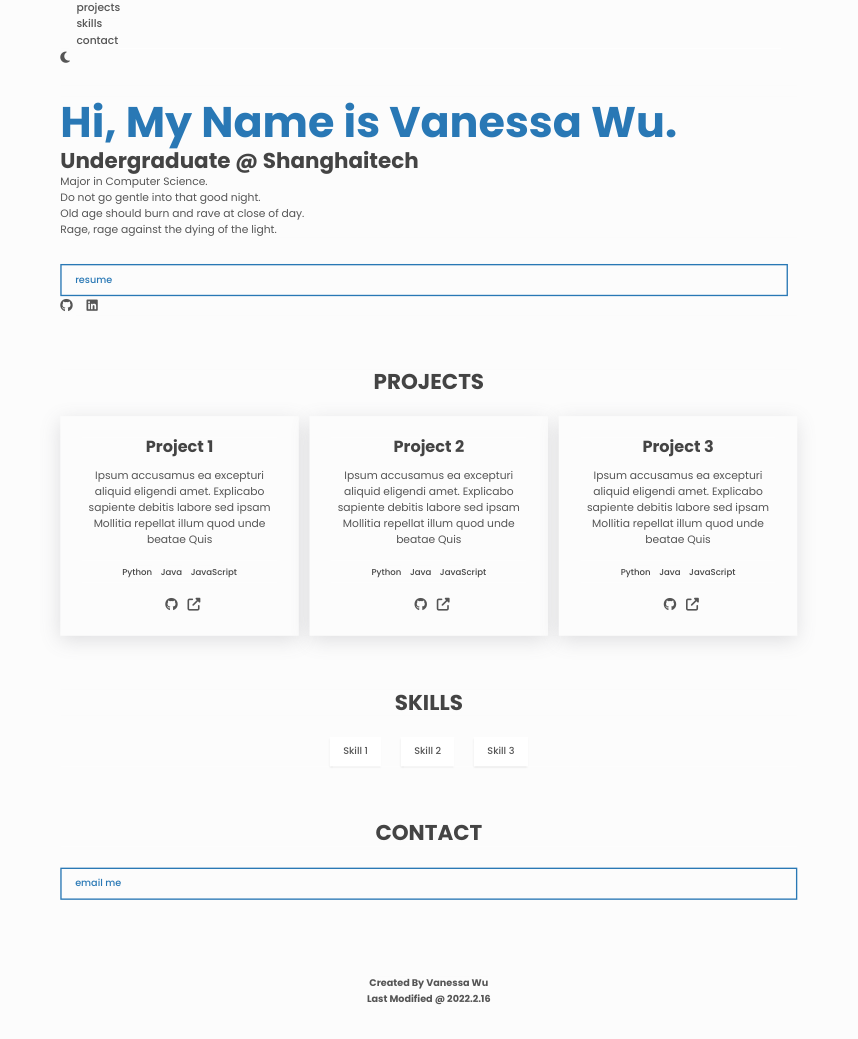
Repository: indiansummer1022/Cubstart
Page: Web Track/hw1/index.html
The author's editor kept a copy of each file at every save. The page is drawn from the files as they stood at one save, then again after the next save.
The browser window is 1280 px wide. The pictures show the whole page, at 67% of full size.
Some web libraries are served in a nearby version.

Above is the page before, as saved 2022-02-16 00:34:32.

### Web Track/hw1/index.html
<!DOCTYPE html>
<html lang="en">

<head>
  <meta charset="UTF-8" />
  <meta name="viewport" content="width=device-width, initial-scale=1" />
  <meta name="description" content="Portfolio" />
  <link rel="preconnect" href="https://fonts.googleapis.com" />
  <link rel="preconnect" href="https://fonts.gstatic.com" crossorigin />
  <link href="https://fonts.googleapis.com/css2?family=Poppins:wght@400;500;700&display=swap" rel="stylesheet" />
  <script src="https://kit.fontawesome.com/fa62c117c7.js" crossorigin="anonymous"></script>
  <!-- BEGIN PART 1 -->
  <link rel="stylesheet" href ="styles.css">
  <title>Vanessa Wu</title>
  <!-- END PART 1 -->
</head>

<body class="light" id="top">
  <header class="header center">
    <!-- BEGIN PART 2 -->
    <h3>
        <a href="/"></a>
    </h3>
    <!-- END PART 2 -->
    <nav class="nav center">
      <ul class="nav__list center">
        <li class="nav__list-item">
          <a class="link link--nav" href="#projects">Projects</a>
        </li>
        <li class="nav__list-item">
          <a class="link link--nav" href="#skills">Skills</a>
        </li>
        <li class="nav__list-item">
          <a class="link link--nav" href="#contact">Contact</a>
        </li>
      </ul>

      <!-- BEGIN PART 5 -->

      <button type="button" aria-label="toggle theme" class="btn btn--icon">
        <i id="btn-theme" class="fas fa-moon"></i>
      </button>

      <!--
        5.1: What does this button tag correspond to on the site?

        Corresponds to the moon icon on top left of the page which to change the light/ dark theme of the website.

      -->

      <button type="button" aria-label="toggle navigation" class="btn btn--icon nav__hamburger">
        <i class="fas fa-bars"></i>
      </button>

      <!--
        5.2: Try Ctrl-F in styles.css and look the class 'nav__hamburger'. You'll notice that it
        appears in 2 places. Why is one of the rules 'display: none' on one instance? How do you
        make it so that this button appears on screen?
        Hint: remember what @media (max-width: 600px) means.

        1. @media (max-width: 600px) is for mobile so hamburger is set to appear on the screen if it is the mobile version.
        The element is hidden if it is the desktop version. [referring: @hannahmcg]
        2. Change 'display: none' to flex so this button will appear.

      -->

      <!-- END PART 5 -->
    </nav>
  </header>

  <main>
    <div class="about center">
      <!-- BEGIN PART 6 -->
      <h1 class="about__name">
        Hi, My Name is Vanessa Wu.
      </h1>
      <h2 class="about_role">
        Undergraduate @ Shanghaitech
      </h2>
      <p class="about-desc">
        Major in Computer Science. <br>
        Do not go gentle into that good night. <br>
        Old age should burn and rave at close of day. <br>
        Rage, rage against the dying of the light. <br>
      </p>
      <!-- END PART 6 -->
      <div class="about__contact center">
        <a href="https://example.com">
          <span class="btn btn--outline">Resume</span>
        </a>

        <a href="https://github.com/" aria-label="github" class="link link--icon">
          <i aria-hidden="true" class="fab fa-github"></i>
        </a>

        <a href="https://linkedin.com/in/" aria-label="linkedin" class="link link--icon">
          <i aria-hidden="true" class="fab fa-linkedin"></i>
        </a>
      </div>
    </div>
    <section id="projects" class="section projects">
      <h2 class="section__title">Projects</h2>
      <div class="projects__grid">
        <!-- BEGIN PART 8 -->
        <div class="project">
          <h3>Project 1</h3>
          <p class="project__description">
            Ipsum accusamus ea excepturi aliquid eligendi amet. Explicabo
            sapiente debitis labore sed ipsam Mollitia repellat illum quod
            unde beatae Quis
          </p>
          <ul class="project__stack">
            <li class="project__stack-item">Python</li>
            <li class="project__stack-item">Java</li>
            <li class="project__stack-item">JavaScript</li>
          </ul>

          <a href="https://github.com" aria-label="source code" class="link link--icon">
            <i aria-hidden="true" class="fab fa-github"></i>
          </a>
          <a href="https://example.com" aria-label="live preview" class="link link--icon">
            <i aria-hidden="true" class="fas fa-external-link-alt"></i>
          </a>
        </div>
        <!-- multiple projects -->
        <div class="project">
          <h3>Project 2</h3>
          <p class="project__description">
            Ipsum accusamus ea excepturi aliquid eligendi amet. Explicabo
            sapiente debitis labore sed ipsam Mollitia repellat illum quod
            unde beatae Quis
          </p>
          <ul class="project__stack">
            <li class="project__stack-item">Python</li>
            <li class="project__stack-item">Java</li>
            <li class="project__stack-item">JavaScript</li>
          </ul>

          <a href="https://github.com" aria-label="source code" class="link link--icon">
            <i aria-hidden="true" class="fab fa-github"></i>
          </a>
          <a href="https://example.com" aria-label="live preview" class="link link--icon">
            <i aria-hidden="true" class="fas fa-external-link-alt"></i>
          </a>
        </div>
        <!-- multiple projects -->
        <div class="project">
          <h3>Project 3</h3>
          <p class="project__description">
            Ipsum accusamus ea excepturi aliquid eligendi amet. Explicabo
            sapiente debitis labore sed ipsam Mollitia repellat illum quod
            unde beatae Quis
          </p>
          <ul class="project__stack">
            <li class="project__stack-item">Python</li>
            <li class="project__stack-item">Java</li>
            <li class="project__stack-item">JavaScript</li>
          </ul>

          <a href="https://github.com" aria-label="source code" class="link link--icon">
            <i aria-hidden="true" class="fab fa-github"></i>
          </a>
          <a href="https://example.com" aria-label="live preview" class="link link--icon">
            <i aria-hidden="true" class="fas fa-external-link-alt"></i>
          </a>
        </div>
        <!-- END PART 8 -->
      </div>
    </section>


    <section class="section skills" id="skills">
      <!-- BEGIN PART 10 -->
      <h2 class="section__title">Skills</h2>
      <ul class="skills__list">
        <li class="skills__list-item btn btn--plain">Skill 1</li>
        <li class="skills__list-item btn btn--plain">Skill 2</li>
        <li class="skills__list-item btn btn--plain">Skill 3</li>
      </ul>
      <!-- END PART 10 -->
    </section>
    <section class="section contact center" id="contact">
      <h2 class="section__title">Contact</h2>
      <a href="mailto:youremail@gmail.com">
        <span class="btn btn--outline">Email me</span>
      </a>
    </section>
  </main>

  <footer class="footer">
    <!-- BEGIN PART 12 -->
    <a href="/" class="link footer__link">
      Created By Vanessa Wu<br>
      Last Modified @ 2022.2.16
    </a>
    <!-- END PART 12 -->
  </footer>


  <div class="scroll-container">
    <div class="scroll-top">
      <a aria-label="Scroll up" href="#top">
        <i aria-hidden="true" class="fas fa-arrow-up"></i>
      </a>
    </div>
  </div>
  <script src="./script.js"></script>
</body>

</html>

### Web Track/hw1/styles.css
/*===============
  global styles
===============*/

* {
  padding: 0;
  margin: 0;
  border: 0;
  outline: 0;
  background-color: inherit;
  color: inherit;
  font-family: inherit;
  font-size: inherit;
  box-shadow: none;
  box-sizing: border-box;
}

html {
  scroll-behavior: smooth;
}

body {
  font-family: "Poppins", sans-serif;
  line-height: 1.5;
  color: var(--clr-fg);
  background-color: var(--clr-bg);
}

.light {
  --clr-bg: #fcfcfc;
  --clr-bg-alt: #fff;
  --clr-fg: #555;
  --clr-fg-alt: #444;
  --clr-primary: #2978b5;
  --shadow: rgba(100, 100, 111, 0.2) 0px 7px 29px 0px;
}

.dark {
  --clr-bg: #23283e;
  --clr-bg-alt: #2a2f4c;
  --clr-fg: #bdbddd;
  --clr-fg-alt: #cdcdff;
  --clr-primary: #90a0d9;
  --shadow: rgba(0, 0, 0, 0.16) 0px 10px 36px 0px,
    rgba(0, 0, 0, 0.06) 0px 0px 0px 1px;
}

::-moz-selection {
  background: var(--clr-primary);
  color: var(--clr-bg);
}

::-webkit-selection,
::selection {
  background: var(--clr-primary);
  color: var(--clr-bg);
}

h1,
h2,
h3,
h4 {
  line-height: 1.2;
  color: var(--clr-fg-alt);
}

h1 {
  font-size: 4rem;
}

h2 {
  font-size: 2rem;
}

h3 {
  font-size: 1.5rem;
}

h4 {
  font-size: 1.3rem;
}

ul {
  list-style-type: none;
}

a {
  text-decoration: none;
}

button {
  cursor: pointer;
}

@media (max-width: 900px) {
  h1 {
    font-size: 2.6rem;
  }
}

/*===================
  buttons and links
===================*/

.link {
  color: var(--clr-primary);
  padding: 0 0 0.3em 0;
  position: relative;
}

.link:hover {
  color: var(--clr-primary);
}

/* BEGIN PART 4 */

.link::before {
  content: "";
  display: inline;
  width: 0%;
  height: 0.2em;
  position: absolute;
  bottom: 0;
  background-color: var(--clr-primary);
  /* transition: */
}

.link:hover::before,
.link:focus::before {
  width: 100%;
  transition: property width, duration 5s, timing-function ease-in;
}

/* END PART 4 */

.link--nav {
  color: var(--clr-fg);
  text-transform: lowercase;
  font-weight: 500;
}

.link--icon {
  color: var(--clr-fg);
  font-size: 1.2rem;
}

.btn {
  display: block;
  padding: 0.8em 1.4em;
  font-weight: 500;
  font-size: 0.9rem;
  text-transform: lowercase;
  transition: transform 0.2s ease-in-out;
}

.btn--outline {
  color: var(--clr-primary);
  border: 2px solid var(--clr-primary);
  position: relative;
  overflow: hidden;
  z-index: 1;
}

.btn--outline:focus,
.btn--outline:hover {
  color: var(--clr-bg);
}

.btn--outline:before {
  content: "";
  position: absolute;
  background-color: var(--clr-primary);
  right: 100%;
  bottom: 0;
  left: 0;
  top: 0;
  z-index: -1;
  transition: right 0.2s ease-in-out;
}

.btn--outline:hover::before,
.btn--outline:focus::before {
  right: 0;
}

.btn--plain {
  text-transform: initial;
  background-color: var(--clr-bg-alt);
  box-shadow: rgba(0, 0, 0, 0.15) 0px 3px 3px 0px;
  border: 0;
}

.btn--plain:hover {
  transform: translateY(-4px);
}

.btn--icon {
  padding: 0;
  font-size: 1.2rem;
}

.btn--icon:hover,
.btn--icon:focus {
  color: var(--clr-primary);
}

.btn--icon:active {
  transform: translateY(-5px);
}

/*========
  layout
========*/

/* BEGIN PART 3 */

.center {
  justify-content: center;
  flex-direction: column;
}

.header {
  height: 8em;
  max-width: 1100px;
  width: 95%;
  margin: 0 auto;
  /* justify-content: */
  justify-content: space-around;
}

/* END PART 3 */

main {
  max-width: 1100px;
  width: 95%;
  margin: 0 auto;
}

.section {
  margin-top: 5em;
}

.section__title {
  text-align: center;
  margin-bottom: 1em;
  text-transform: uppercase;
}

.nav__list {
  margin-right: 1.5em;
  display: flex;
}

.nav__list-item {
  margin-left: 1.5em;
}

.nav__hamburger {
  display: none;
  width: 1em;
}

/* BEGIN PART 7 */

.about {
  flex-direction: column;
  margin-top: 1em;
}

/* END PART 7 */

.about__name {
  color: var(--clr-primary);
}

.about__role {
  margin-top: 1.2em;
}

.about__desc {
  font-size: 1rem;
  max-width: 600px;
}

.about__desc,
.about__contact {
  margin-top: 2.4em;
}

.about .link--icon {
  margin-right: 0.8em;
}

.about .btn--outline {
  margin-right: 1em;
}

/* BEGIN PART 9 */

.projects__grid {
  max-width: 1100px;
  margin: 0 auto;
  /* display: */
  display: grid;
  /* grid-template-columns: */
  grid-template-columns: repeat(auto-fit, calc(100% / 3 - 1em * 2 / 3));
  /* grid-gap: */
  grid-gap: 1em;
}

/* END PART 9 */

.project {
  padding: 2em;
  margin: 0 auto;
  text-align: center;
  box-shadow: var(--shadow);
  transition: transform 0.2s linear;
}

.project:hover {
  transform: translateY(-7px);
}

.project__description {
  margin-top: 1em;
}

.project__stack {
  display: flex;
  flex-wrap: wrap;
  justify-content: center;
  margin: 1.2em 0;
}

.project__stack-item {
  margin: 0.5em;
  font-weight: 500;
  font-size: 0.8rem;
  color: var(--clr-fg-alt);
}

.project .link--icon {
  margin-left: 0.5em;
}

/* BEGIN PART 11 */

.skills__list {
  max-width: 450px;
  width: 95%;
  margin: 0 auto;
  /* display: */
  display: flex;
  /* flex-wrap: */
  flex-wrap: wrap;
  /* justify-content: */
  justify-content: center;
}

.skills__list-item {
  margin-left: 1em;
  margin-right: 1em;
}

/* END PART 11 */

.contact {
  flex-direction: column;
}

.footer {
  padding: 3em 0;
  margin-top: 4em;
  text-align: center;
}

.footer__link {
  font-size: 0.9rem;
  font-weight: 700;
  color: var(--clr-fg);
}

.scroll-top {
  display: none;
  position: fixed;
  bottom: 1em;
  right: 2em;
  background-color: transparent;
  font-size: 1.8rem;
  transition: transform 0.2s ease-in-out;
}

@media (max-width: 600px) {
  .header {
    height: 6em;
  }

  .section {
    margin-top: 4em;
  }

  .nav__list {
    flex-direction: column;
    padding: 4em 0;
    position: absolute;
    right: 0;
    left: 0;
    top: 5em;
    background-color: var(--clr-bg);
    width: 0;
    overflow: hidden;
    transition: width 0.2s ease-in-out;
  }

  .display-nav-list {
    width: 100%;
  }

  .nav__list-item {
    margin: 0.5em 0;
  }

  .nav__hamburger {
    display: flex;
    margin-left: 0.8em;
  }

  .about {
    align-items: flex-start;
    margin-top: 2em;
  }

  .footer {
    padding: 2em;
    margin-top: 3em;
  }

  .scroll-container {
    display: none;
  }
}

### Web Track/hw1/script.js
const body = document.body

const btnTheme = document.querySelector('.fa-moon')
const btnHamburger = document.querySelector('.fa-bars')

const addThemeClass = (bodyClass, btnClass) => {
  body.classList.add(bodyClass)
  btnTheme.classList.add(btnClass)
}

const getBodyTheme = localStorage.getItem('portfolio-theme')
const getBtnTheme = localStorage.getItem('portfolio-btn-theme')

addThemeClass(getBodyTheme, getBtnTheme)

const isDark = () => body.classList.contains('dark')

const setTheme = (bodyClass, btnClass) => {

	body.classList.remove(localStorage.getItem('portfolio-theme'))
	btnTheme.classList.remove(localStorage.getItem('portfolio-btn-theme'))

  addThemeClass(bodyClass, btnClass)

	localStorage.setItem('portfolio-theme', bodyClass)
	localStorage.setItem('portfolio-btn-theme', btnClass)
}

const toggleTheme = () =>
	isDark() ? setTheme('light', 'fa-moon') : setTheme('dark', 'fa-sun')

btnTheme.addEventListener('click', toggleTheme)

const displayList = () => {
	const navUl = document.querySelector('.nav__list')

	if (btnHamburger.classList.contains('fa-bars')) {
		btnHamburger.classList.remove('fa-bars')
		btnHamburger.classList.add('fa-times')
		navUl.classList.add('display-nav-list')
	} else {
		btnHamburger.classList.remove('fa-times')
		btnHamburger.classList.add('fa-bars')
		navUl.classList.remove('display-nav-list')
	}
}

btnHamburger.addEventListener('click', displayList)

const scrollUp = () => {
	const btnScrollTop = document.querySelector('.scroll-top')

	if (
		body.scrollTop > 500 ||
		document.documentElement.scrollTop > 500
	) {
		btnScrollTop.style.display = 'block'
	} else {
		btnScrollTop.style.display = 'none'
	}
}

document.addEventListener('scroll', scrollUp)

After the next save:
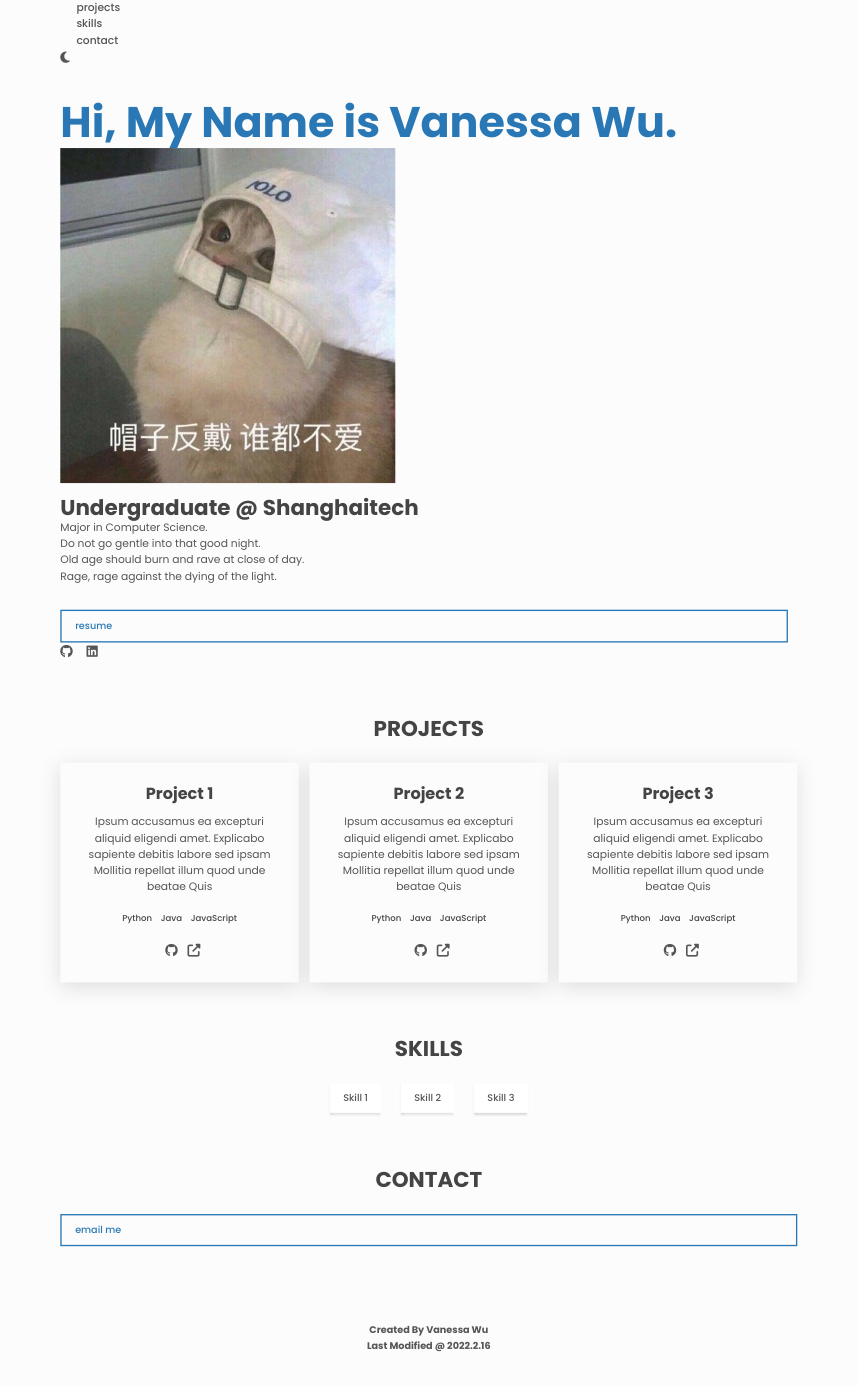
Saved 3 min 4 s later.
--- a/Web Track/hw1/index.html
+++ b/Web Track/hw1/index.html
@@ -73,6 +73,7 @@
       <!-- BEGIN PART 6 -->
       <h1 class="about__name">
         Hi, My Name is Vanessa Wu.
+        <img src="photo.jpg" class="pixil__img">
       </h1>
       <h2 class="about_role">
         Undergraduate @ Shanghaitech
